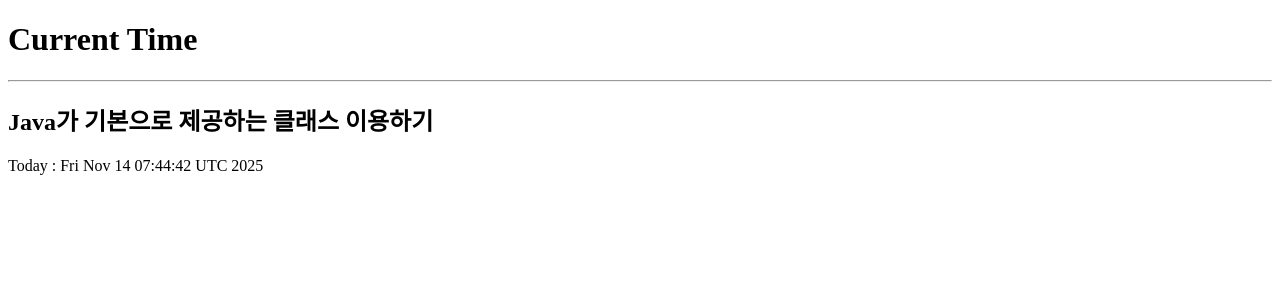
Repository: minjuleee/Server_study
Page: http://localhost/web/03_script_test.jsp
These files come from the project's save history. The page is drawn as it stood at one moment and after the next save; the edit follows.
The browser window is 1280 px wide. The pictures show the whole page.
The page is served by Tomcat 10.

Above is the page before, as saved 2025-11-18 12:20:34.

After the next save:
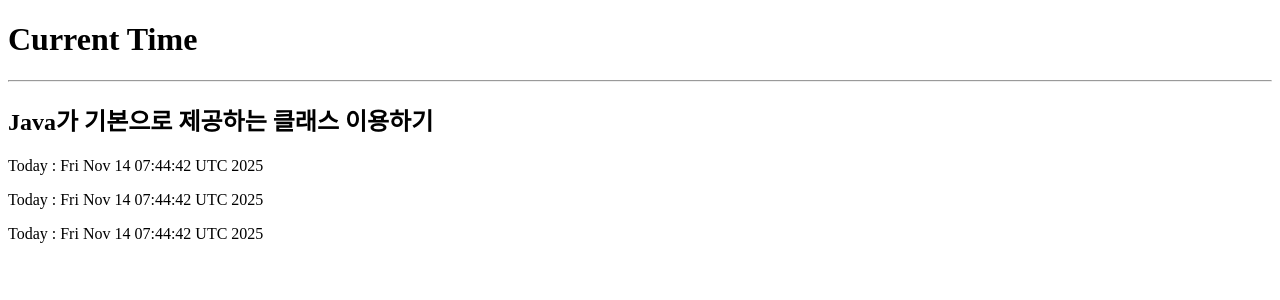
Saved 83 s later.
--- a/dev/web/src/main/webapp/03_script_test.jsp
+++ b/dev/web/src/main/webapp/03_script_test.jsp
@@ -14,5 +14,7 @@
 		java.util.Date date = new java.util.Date();
 	%>
 	<p>Today : <%=date %></p>
+	<p>Today : <%=date.toString() %></p>
+	<p>Today : <%=new java.util.Date() %></p>
 </body>
 </html>
